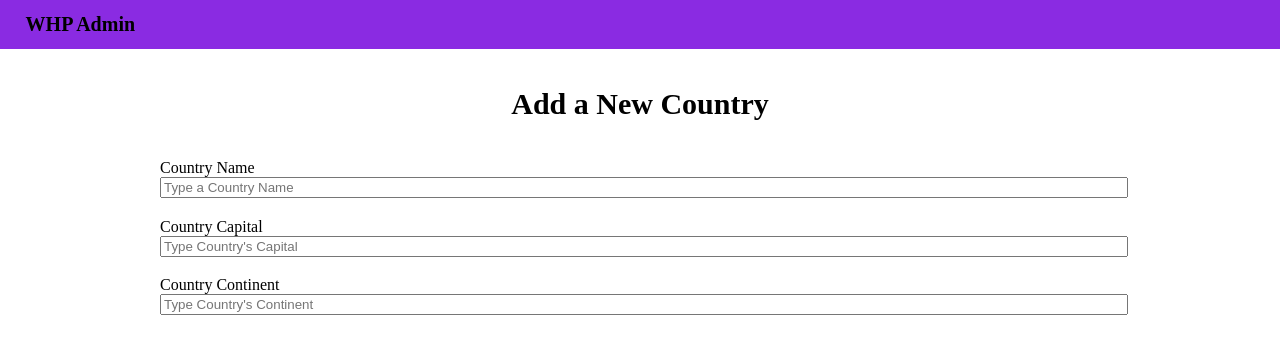
Repository: sabinaPetrisor/World_Hour_Project
Page: http://localhost/WorldHourProject/jsp/add-country.jsp
The author's editor kept a copy of each file at every save. The page is drawn from the files as they stood at one save, then again after the next save.
The browser window is 1280 px wide. The pictures show the whole page.
The page is served by Tomcat 9.

Above is the page before, as saved 2023-08-04 12:30:38.

After the next save:
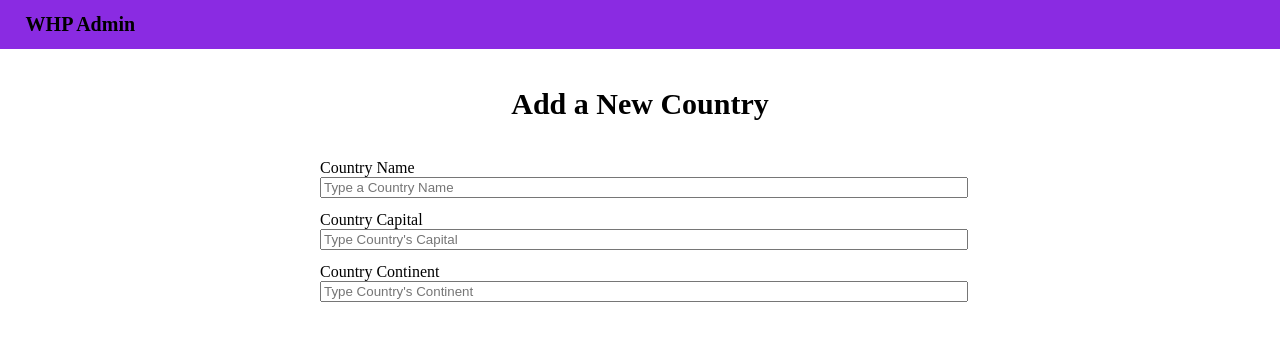
Saved 2 min 26 s later.
--- a/WorldHourProject/src/main/webapp/css/add-page-admin.css
+++ b/WorldHourProject/src/main/webapp/css/add-page-admin.css
@@ -10,7 +10,7 @@
 }
 
 .add-form {
-	width: 75%;
+	width: 50%;
 }
 
 .insert-text {
